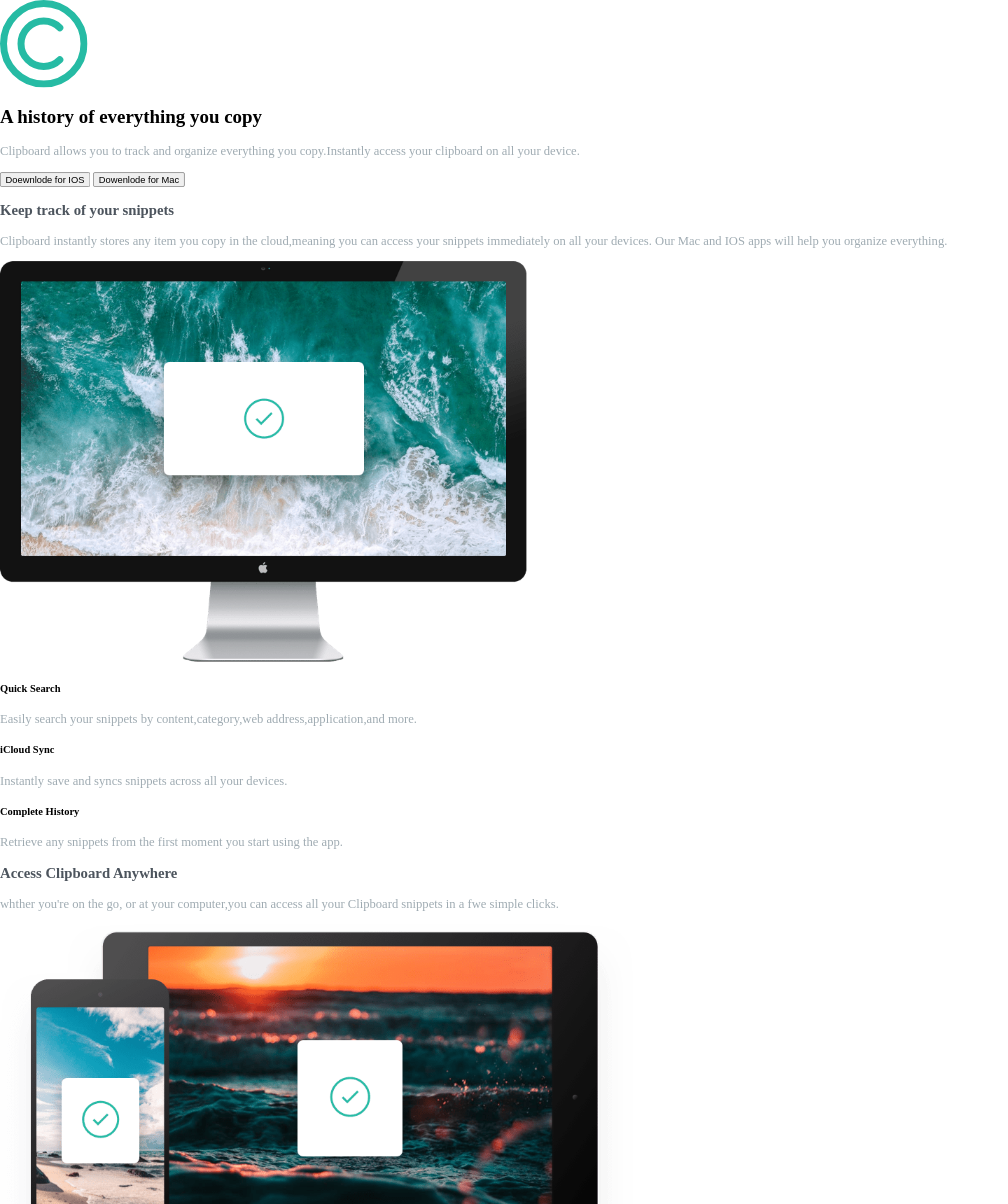
Repository: moataz305G/Clipboard-landing-page
Page: index.html
These files come from the project's save history. The page is drawn as it stood at one moment and after the next save; the edit follows.
The browser window is 1280 px wide. The page is 1440 px wide, so the pictures cover 1440 px, including what lies to the right of the window. The pictures show the part of the page from y = 0 to 1720 px (the page is 2760 px tall before and 2778 px after), at 70% of full size.

Above is the page before, as saved 2025-12-04 10:22:14.

### index.html
<!DOCTYPE html>
<html lang="en">
  <head>
    <meta charset="UTF-8" />
    <meta name="viewport" content="width=device-width, initial-scale=1.0" />

    <link
      rel="icon"
      type="image/png"
      sizes="32x32"
      href="./images/favicon-32x32.png"
    />
    <title>Clipboard landing page</title>
    <link rel="stylesheet" href="style.css" />
  </head>
  <body>
    <div class="container">
      <article>
        <div class="hero">
          <img class="logo" src="images/logo.svg" alt="Clipboard Logo" />

          <h2>A history of everything you copy</h2>
          <p>
            Clipboard allows you to track and organize everything you
            copy.Instantly access your clipboard on all your device.
          </p>
          <button class="IOS-button">Doewnlode for IOS</button>
          <button class="Mac-button">Dowenlode for Mac</button>
        </div>

        <div class="snippets">
          <h3>Keep track of your snippets</h3>
          <p>
            Clipboard instantly stores any item you copy in the cloud,meaning
            you can access your snippets immediately on all your devices. Our
            Mac and IOS apps will help you organize everything.
          </p>
        </div>

        <img
          class="image-computer"
          src="images/image-computer.png"
          alt="Fuatures "
        />
        <div class="fuatures">
          <div>
            <h5>Quick Search</h5>
            <p>
              Easily search your snippets by content,category,web
              address,application,and more.
            </p>
          </div>
          <div>
            <h5>iCloud Sync</h5>
            <p>Instantly save and syncs snippets across all your devices.</p>
          </div>
          <div>
            <h5>Complete History</h5>
            <p>
              Retrieve any snippets from the first moment you start using the
              app.
            </p>
          </div>
        </div>

        <div class="access anywhere">
          <h3>Access Clipboard Anywhere</h3>
          <p>
            whther you're on the go, or at your computer,you can access all your
            Clipboard snippets in a fwe simple clicks.
          </p>
        </div>

        <img
          class="img-device"
          src="images/image-devices.png"
          alt="image-access-clipboard"
        />

        <div class="workflow">
          <h3>Supercharge your workflow</h3>
          <p>We've got the tools tomboost your productivity.</p>
        </div>

        <div class="tools">
          <div class="blacklist">
            <img src="images/icon-blacklist.svg " />
            <h3>Creat blacklists</h3>
            <p>
              Ensure sensitive information never makes it way to your clipboard
              by excluding certain sources.
            </p>
          </div>

          <div class="Plane-text">
            <img src="images/icon-text.svg" />
            <h3>Plane text snippets</h3>
            <p>
              Remove unwanted formatting from copied text for a consisitent
              look.
            </p>
          </div>

          <div class="preview">
            <img src="images/icon-preview.svg " />
            <h3>Sneak preview</h3>
            <p>
              Quick preview of all snippets on your clipboard for easy access
            </p>
          </div>
        </div>

        <div class="bag-campany">
          <img src="images/logo-google.png" />
          <img src="images/logo-ibm.png" />
          <img src="images/logo-microsoft.png" />
          <img src="images/logo-hp.png" />
          <img src="images/logo-vector-graphics.png" />
        </div>

        <div>
          <h3>Clipboard for iOS and Mac OS</h3>
          <p>
            Available for free on the app store,Download for Mac or ios, sync
            with iCloud and you're ready to start adding to your clipboard.
          </p>
          <button>Download for iOS</button>
          <button>Download for Mac</button>
        </div>
      </article>

      <footer>
        <div class="links">
          <ul>
            <li><a link="#">FAQs</a></li>
            <li><a link="#">Contact Us</a></li>
            <li><a link="#">Privacy Policy</a></li>
          </ul>
        </div>
        <div class="meadea">
          <img src="images/icon-facebook.svg" />
          <img src="images/icon-twitter.svg" />
          <img src="images/icon-instagram.svg" />
        </div>
      </footer>
    </div>
  </body>
</html>

### style.css
* body {
  margin: 0;
  padding: 0;
  width: 1440px;
  height: auto;
  margin: 0 auto;
  font-size: 18px;
  font-family: ;
}
h2 {
  color: #000;
}
h3 {
  color: #4c545d;
}
p {
  color: #9fabb2;
}

After the next save:
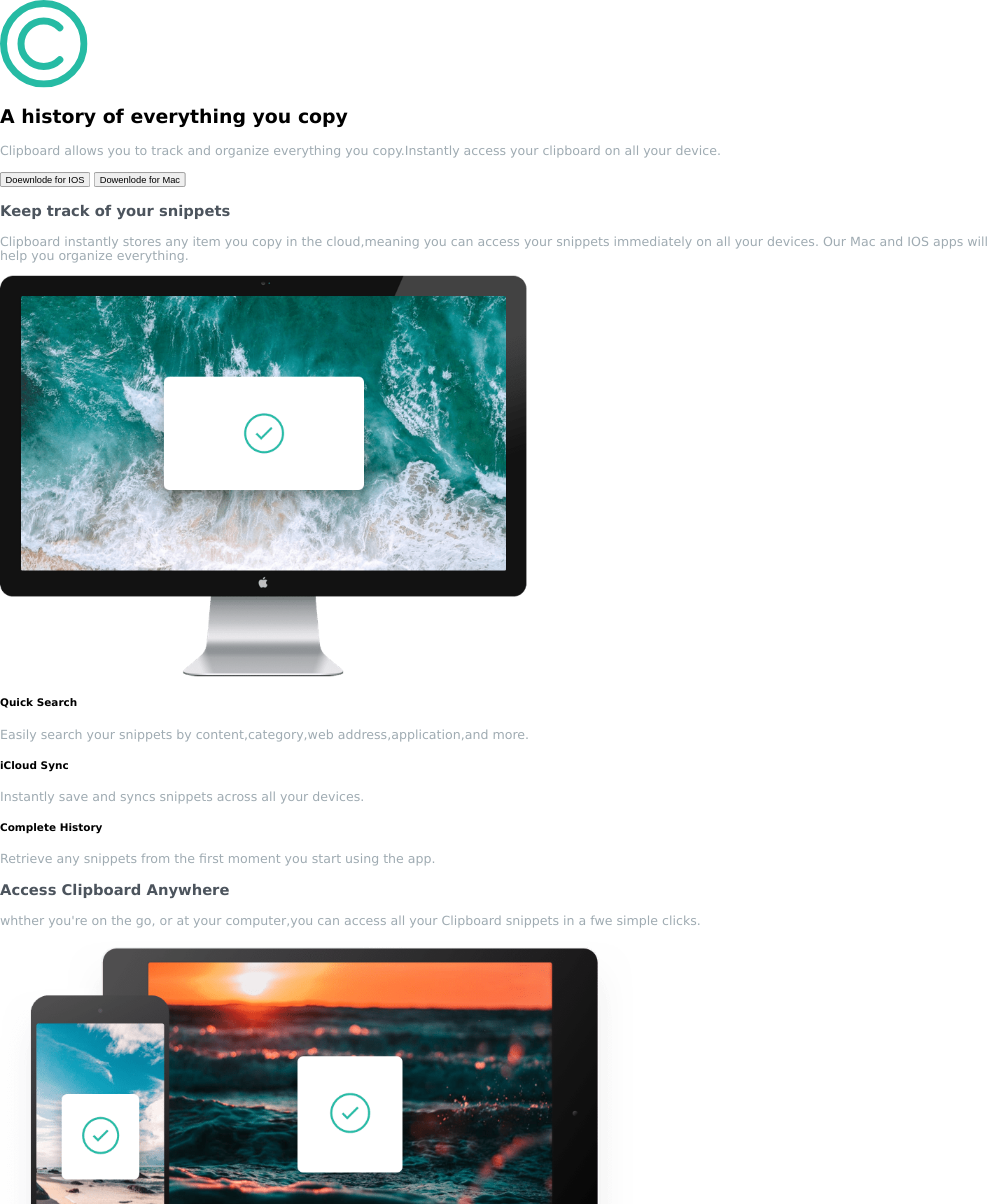
Saved 98 s later.
--- a/style.css
+++ b/style.css
@@ -5,7 +5,7 @@
   height: auto;
   margin: 0 auto;
   font-size: 18px;
-  font-family: ;
+  font-family: Verdana, Geneva, Tahoma, sans-serif;
 }
 h2 {
   color: #000;
